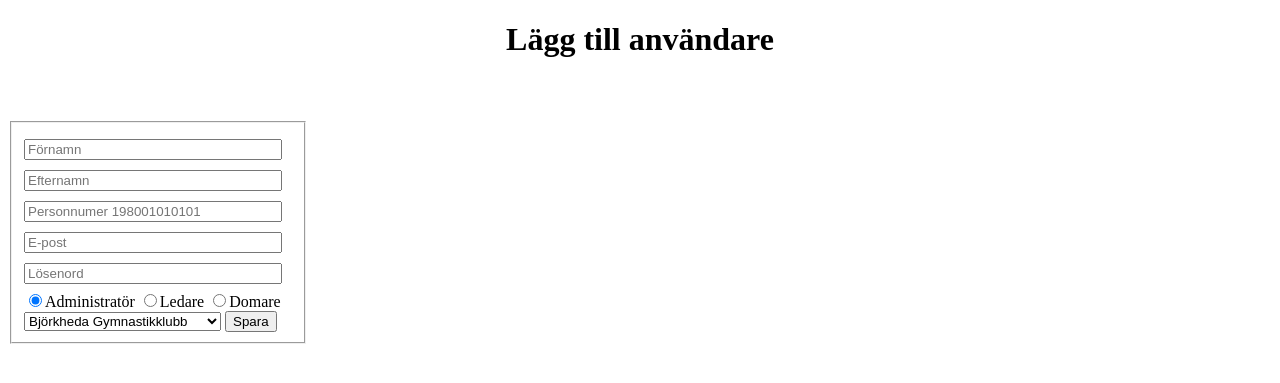
Repository: js223kz/1DV404_HT14_E4_4_JS223KZ
Page: adduser.html
The author's editor kept a record of every edit. The page is drawn from the files as they stood at one moment, then again after the next edit.
The browser window is 1280 px wide. The pictures show the whole page.
Some web fonts or font styles are not loaded; a fallback is used.

Above is the page before.

### adduser.html
<!DOCTYPE html>
<html>
    <head>
        <meta charset="UTF-8">
        <title>Iterativ - Laboration 4 - Projektet</title>
        <link rel="stylesheet" href="css/main.css">
        <link href='https://fonts.googleapis.com/css?family=Princess+Sofia' rel='stylesheet' type='text/css'>
    </head>
    <body>
        <header id="indexheader">
            <h1 id="headertext">Lägg till användare</h1>
        </header>
        <main>
            <form id="adduserform">
                <fieldset>
                    <input class="adduserinput" type="text" name="firstname" placeholder="Förnamn">
                    <input class="adduserinput" type="text" name="lastname" placeholder="Efternamn">
                    <input class="adduserinput" type="number" name="socialsecnumber" placeholder="Personnumer 198001010101"/>
                    <input class="adduserinput" type="email" name="email" placeholder="E-post">
                    <input class="adduserinput" type="text" name="pwd" placeholder="Lösenord">
                    <input class="adduserradio" type="radio" name="admin" placeholder="Administratör" checked>Administratör
                    <input class="adduserradio" type="radio" name="leader" placeholder="Ledare">Ledare
                    <input class="adduserradio" type="radio" name="judge" placeholder="Domare">Domare
                    <select class ="dropdownlist" name="clubs">
                        <option value="Björkheda Gymnastikklubb">Björkheda Gymnastikklubb</option>
                        <option value="Malmöflickorna">Malmöflickorna</option>
                        <option value="Kämpinge Gymnastikförening">Kämpinge Gymnastikförening</option>
                    </select>
                    <button type="submit" value="spara">Spara</button>
                </fieldset>
            </form>
        </main>
        <script src="js/AddUser.js"></script>
    </body>
</html>

### css/main.css
#indexheader{
    width: 100%;
    height: 100px;
}
#headertext{
    width: 50%;
    position: relative;
    margin-left: auto;
    margin-right: auto;
    text-align: center;
}
#loginbutton{
    position:absolute;
    right: 5%;
    top: 4%;
    float: left;
}
#loginwrapper{
   width: 300px;
   height: 300px;
   border: 1px solid #000;
   margin-right: auto;
   margin-left: auto;
}
#adduserform{
    width: 300px;
    height: auto;
}
.adduserinput{
    width: 250px;
    margin-top: 10px;
}
.adduserradio{
    margin-top: 10px;
}

Loaded but not shown: js/AddUser.js (no copy from this time; the picture is the same without it)

After the next edit:
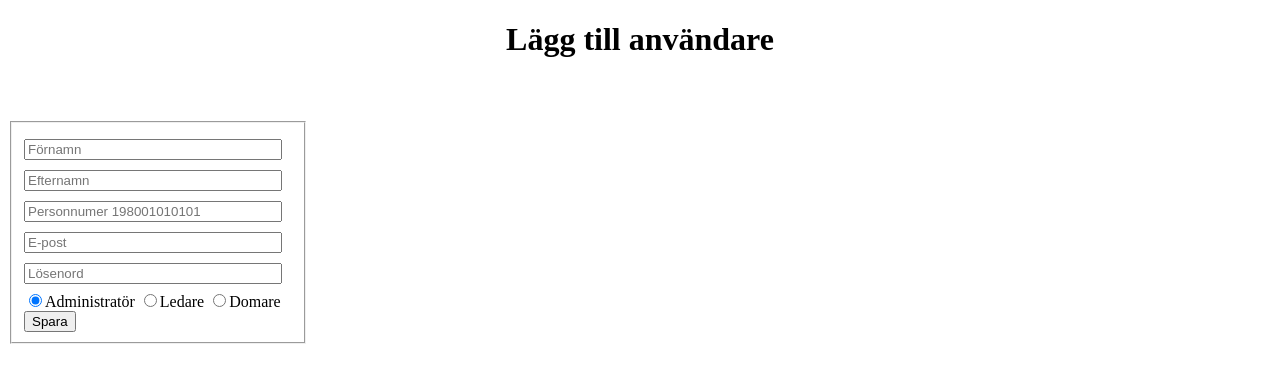
The edit:
--- a/css/main.css
+++ b/css/main.css
@@ -33,3 +33,6 @@
 .adduserradio{
     margin-top: 10px;
 }
+.dropdownlist{
+    display: none;
+}
